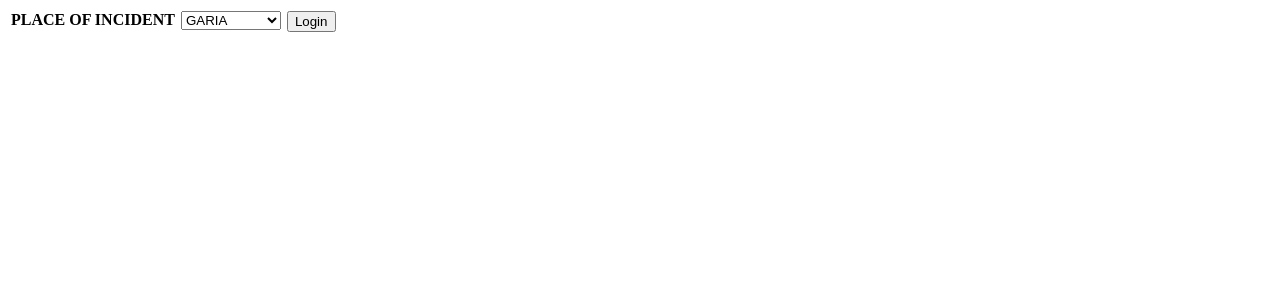
Repository: jeetlovely/ems
Page: EmergencyManagement/WebContent/accident.html
An editor plug-in stored every save of this project. The page is shown before and after the next save, followed by the edit.
The browser window is 1280 px wide. The pictures show the whole page.

Above is the page before, as saved 2018-04-25 09:15:39.

### EmergencyManagement/WebContent/accident.html
<!DOCTYPE html>
<html>
<head>
<meta charset="ISO-8859-1">
<title>Insert title here</title>
</head>
<body>
<form action="success1">

<table align="left">
<tr><th colspan="2">PLACE OF INCIDENT</th></tr>
<table align="left">
<tr><th colspan="2">
<select>
  <option value="garia">GARIA</option>
  <option value="newgaria">NEW GARIA</option>
  <option value="dumdum">DUMDUM</option>
  <option value="belghoria">BELGHORIA</option>
  <option value="jadavpur">JADAVPUR</option>
  <option value="kasba">KASBA</option>
</select>
</table>

<table align="left">
<tr><td colspan="2"><input type="submit" value="Login"></td></tr>
</table>
</table>
</form>

</body>
</html>

After the next save:
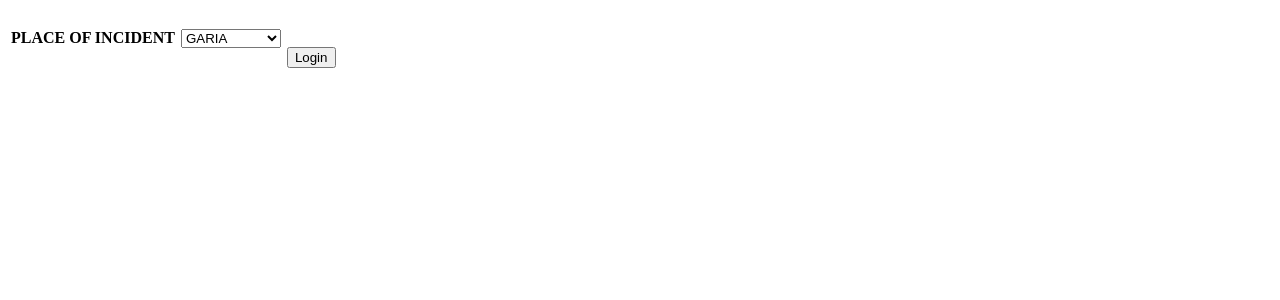
Saved 40 s later.
--- a/EmergencyManagement/WebContent/accident.html
+++ b/EmergencyManagement/WebContent/accident.html
@@ -8,7 +8,7 @@
 <form action="success1">
 
 <table align="left">
-<tr><th colspan="2">PLACE OF INCIDENT</th></tr>
+<tr><th colspan="2">PLACE OF INCIDENT</th></tr></br>
 <table align="left">
 <tr><th colspan="2">
 <select>
@@ -19,7 +19,7 @@
   <option value="jadavpur">JADAVPUR</option>
   <option value="kasba">KASBA</option>
 </select>
-</table>
+</table></br>
 
 <table align="left">
 <tr><td colspan="2"><input type="submit" value="Login"></td></tr>
